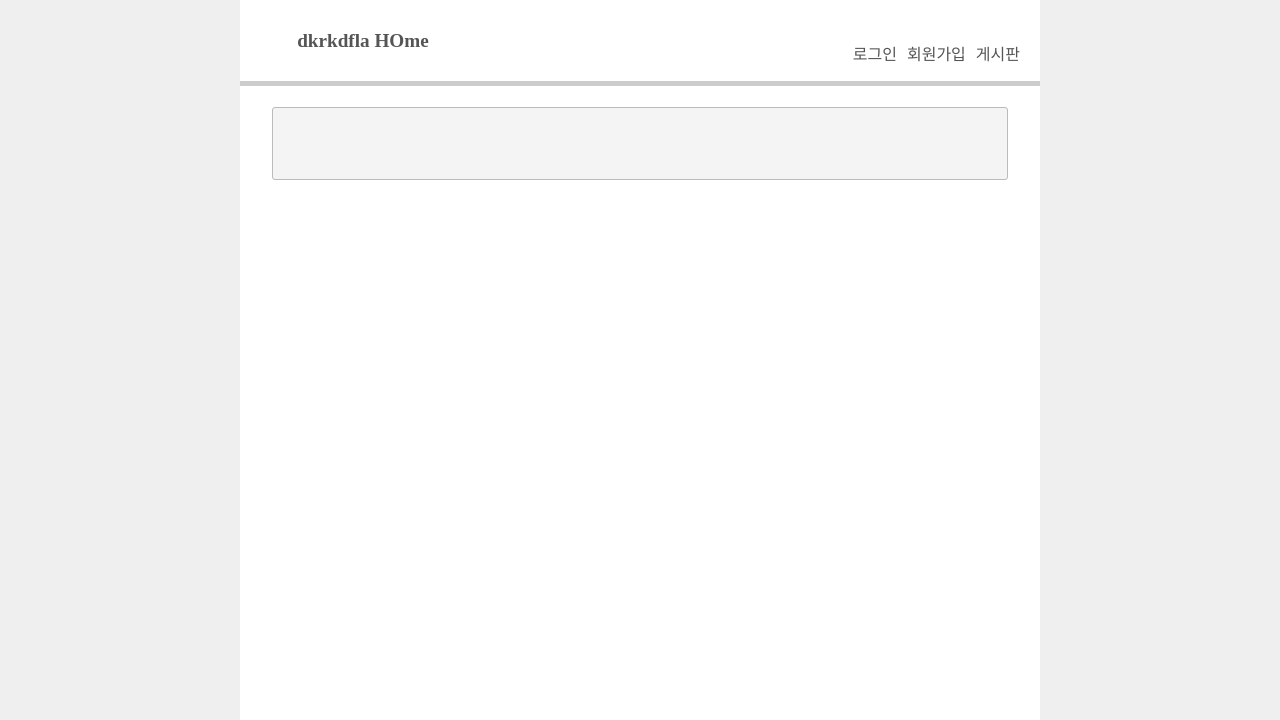
Repository: Dusajang/JSPClass
Page: http://localhost/jspPro/days06/ex04_template.jsp
The author's editor kept a copy of each file at every save. The page is drawn from the files as they stood at one save, then again after the next save.
The browser window is 1280 px wide. The pictures show the whole page.
Some web fonts or font styles are not loaded; a fallback is used. The page is served by Tomcat 9.

Above is the page before, as saved 2024-10-22 03:44:36.

After the next save:
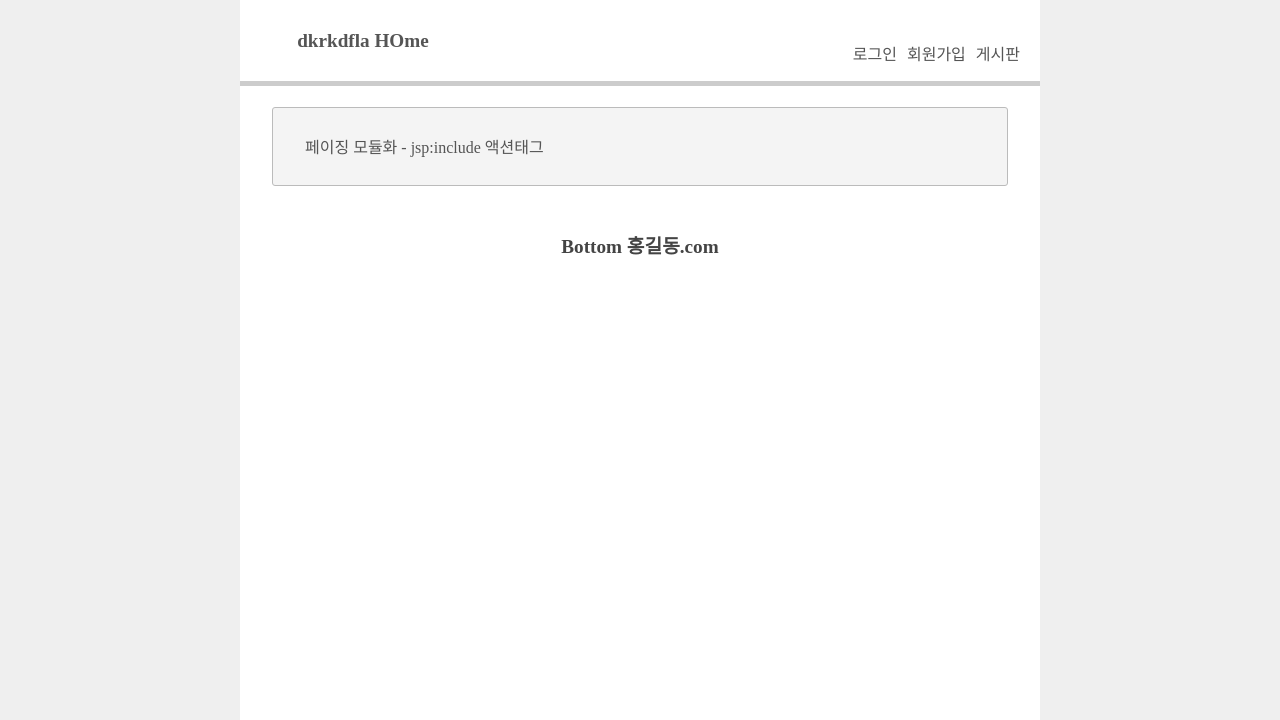
Saved 2 min 13 s later.
--- a/jspPro/src/main/webapp/days06/ex04_template.jsp
+++ b/jspPro/src/main/webapp/days06/ex04_template.jsp
@@ -22,8 +22,10 @@
 <jsp:include page="/layout/top.jsp" flush="false"></jsp:include>
 <div>
   <xmp class="code">
-
+    페이징 모듈화 - jsp:include 액션태그
   </xmp>
 </div>
+<!-- BOTTOM 공통 모듈 -->
+<jsp:include page="/layout/bottom.jsp" flush="false"></jsp:include>
 </body>
 </html>
